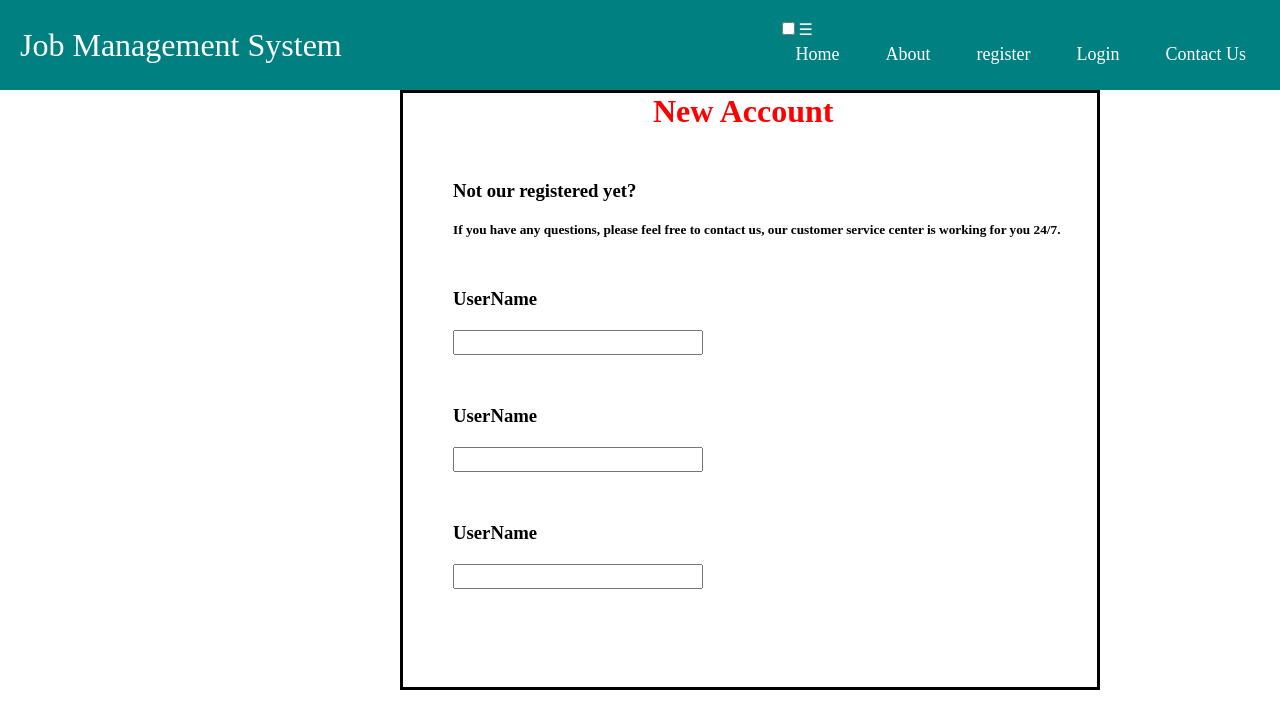
Repository: PrinceKumawat1109/JFSD
Page: http://localhost/Job-management/employeeregister.jsp
The author's editor kept a copy of each file at every save. The page is drawn from the files as they stood at one save, then again after the next save.
The browser window is 1280 px wide. The pictures show the whole page.
The page is served by Tomcat 9. Other server files are loaded and not shown.

Above is the page before, as saved 2022-10-29 18:55:26.

### Job-management/src/main/webapp/employeeregister.jsp
<%@ page language="java" contentType="text/html; charset=UTF-8"
    pageEncoding="UTF-8"%>
<!DOCTYPE html>
<html>
<head>
<meta charset="UTF-8">
<title>Employee-Register</title>
<style>
.card{
height: 600px;
width: 700px;
border-style: solid;
margin-left: 400px;
}

</style>
</head>
<body>
	<jsp:include page="navbar.jsp" />

	<div class="card">
	<h1 style=" color: red; margin-left: 250px;">New Account</h1>
	<h3 style="margin-left: 50px; margin-top: 50px;">Not our registered yet?</h3>
	<h5 style="margin-left: 50px; margin-top: 20px;">If you have any questions, please feel free to contact us, our customer service center is working for you 24/7.</h5>
	<h3 style="margin-left: 50px; margin-top: 50px;">UserName</h3>
	<input style="margin-left: 50px; margin-top: 20px; height: 25px; width: 250px;" type="box">
	<h3 style="margin-left: 50px; margin-top: 50px;">UserName</h3>
	<input style="margin-left: 50px; margin-top: 20px; height: 25px; width: 250px;" type="box">
	<h3 style="margin-left: 50px; margin-top: 50px;">UserName</h3>
	<input style="margin-left: 50px; margin-top: 20px; height: 25px; width: 250px;" type="box">

	</div>
</body>















<script type="text/javascript">
function save()
{
	var xhtml = new XMLHttpRequest();
	var url = "http://localhost:8080/api/register/";
	xhtml.open("POST", url, true);
	xhtml.setRequestHeader('Content-Type','application/json');

	var t1 = document.getElementById("t1");
	var t2 = document.getElementById("t2");
	var t3 = document.getElementById("t3");
	var t4 = document.getElementById("t4");
	var t5 = document.getElementById("t5");
	var t6 = document.getElementById("t6");
	var lbl = document.getElementById("lbl");

	xhtml.send(JSON.stringify({
		username : t1.value,
		fname : t2.value,
		lname : t3.value,
		email : t4.value,
		pwd : t5.value,
		gender : t6.value
	}));

	xhtml.onreadystatechange = function()
	{
		if(this.readyState == 4 && this.status == 200)
			lbl.innerText = "Data Inserted Successfully...!";
			window.location="http://localhost:8080/employeelogin.jsp";

	};
}
</script>
</html>

### Job-management/src/main/webapp/navbar.jsp
<!DOCTYPE html>
<html lang="en">
 <head>
   <meta charset="UTF-8" />
   <meta http-equiv="X-UA-Compatible" content="IE=edge" />
   <meta name="viewport" content="width=device-width, initial-scale=1.0" />
   <style>

    /* UTILITIES */
* {
 margin: 0;
 padding: 0;
 box-sizing: border-box;
}
body {
 font-family: cursive;
}
a {
 text-decoration: none;
}
li {
 list-style: none;
}

/* NAVBAR STYLING STARTS */
.navbar {
 display: flex;
 align-items: center;
 justify-content: space-between;
 padding: 20px;
 background-color: teal;
 color: #fff;
}
.nav-links a {
 color: #fff;
}
/* LOGO */
.logo {
 font-size: 32px;
}
/* NAVBAR MENU */
.menu {
 display: flex;
 gap: 1em;
 font-size: 18px;
}
.menu li:hover {
 background-color: #4c9e9e;
 border-radius: 5px;
 transition: 0.3s ease;
}
.menu li {
 padding: 5px 14px;
}
/* DROPDOWN MENU */
.services {
 position: relative;
}
.dropdown {
 background-color: rgb(1, 139, 139);
 padding: 1em 0;
 position: absolute; /*WITH RESPECT TO PARENT*/
 display: none;
 border-radius: 8px;
 top: 35px;
}
.dropdown li + li {
 margin-top: 10px;
}
.dropdown li {
 padding: 0.5em 1em;
 width: 8em;
 text-align: center;
}
.dropdown li:hover {
 background-color: #4c9e9e;
}
.services:hover .dropdown {
 display: block;
}
   </style>
   <title>Document</title>
 </head>
 <body>
   <nav class="navbar">
     <!-- LOGO -->
     <div class="logo">Job Management System</div>
     <!-- NAVIGATION MENU -->
     <ul class="nav-links">
       <!-- USING CHECKBOX HACK -->
       <input type="checkbox" id="checkbox_toggle" />
       <label for="checkbox_toggle" class="hamburger">&#9776;</label>
       <!-- NAVIGATION MENUS -->
       <div class="menu">
         <li><a href="home.jsp">Home</a></li>
         <li><a href="/">About</a></li>
         <li class="services">
           <a href="/">register</a>
           <!-- DROPDOWN MENU -->
           <ul class="dropdown">
             <li><a href="employeeregister.jsp">Employee </a></li>
             <li><a href="employerregister.jsp">Employers</a></li>
           </ul>
         </li>
         <li class="services">
           <a href="/">Login</a>
           <!-- DROPDOWN MENU -->
           <ul class="dropdown">
             <li><a href="employeelogin.jsp">Employee login </a></li>
             <li><a href="employerlogin.jsp">Employers login</a></li>
           </ul>
         </li>
         <li><a href="contact.jsp">Contact Us</a></li>
       </div>
     </ul>
   </nav>
 </body>
</html>

After the next save:
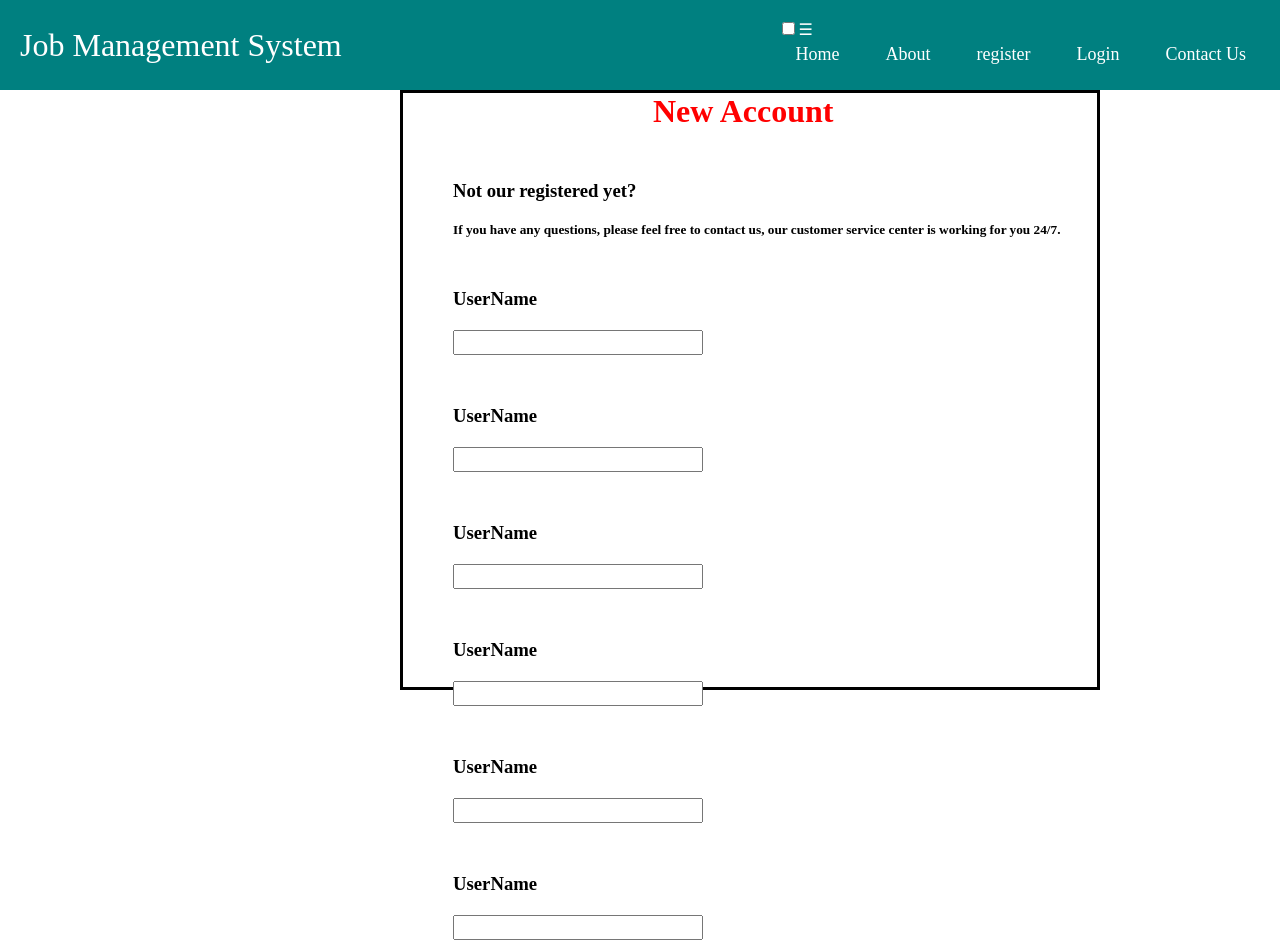
Saved 17 s later.
--- a/Job-management/src/main/webapp/employeeregister.jsp
+++ b/Job-management/src/main/webapp/employeeregister.jsp
@@ -22,6 +22,12 @@ margin-left: 400px;
 	<h1 style=" color: red; margin-left: 250px;">New Account</h1>
 	<h3 style="margin-left: 50px; margin-top: 50px;">Not our registered yet?</h3>
 	<h5 style="margin-left: 50px; margin-top: 20px;">If you have any questions, please feel free to contact us, our customer service center is working for you 24/7.</h5>
+	<h3 style="margin-left: 50px; margin-top: 50px;">UserName</h3>
+	<input style="margin-left: 50px; margin-top: 20px; height: 25px; width: 250px;" type="box">
+	<h3 style="margin-left: 50px; margin-top: 50px;">UserName</h3>
+	<input style="margin-left: 50px; margin-top: 20px; height: 25px; width: 250px;" type="box">
+	<h3 style="margin-left: 50px; margin-top: 50px;">UserName</h3>
+	<input style="margin-left: 50px; margin-top: 20px; height: 25px; width: 250px;" type="box">
 	<h3 style="margin-left: 50px; margin-top: 50px;">UserName</h3>
 	<input style="margin-left: 50px; margin-top: 20px; height: 25px; width: 250px;" type="box">
 	<h3 style="margin-left: 50px; margin-top: 50px;">UserName</h3>
